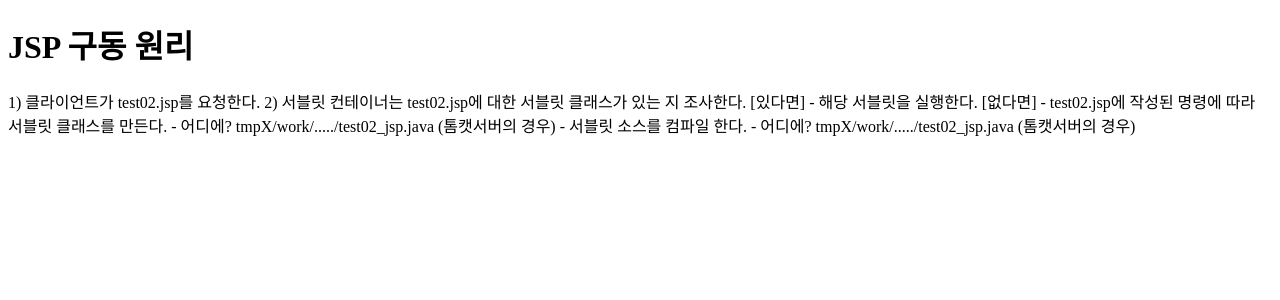
Repository: soso1525/bitcamp
Page: http://localhost/java-web/jsp_exams/ex1/test02.jsp
These files come from the project's save history. The page is drawn as it stood at one moment and after the next save; the edit follows.
The browser window is 1280 px wide. The pictures show the whole page.
The page is served by Tomcat 9. Nobody is signed in. The application's start-up code is not run. Other server files are loaded and not shown.

Above is the page before, as saved 2017-12-14 05:35:03.

### workspace/java-web/src/main/webapp/jsp_exams/ex1/test02.jsp
<%@ page language="java" contentType="text/html; charset=UTF-8"
    pageEncoding="UTF-8"%>
<!DOCTYPE html>
<html>
<head>
<meta charset="UTF-8">
<title>JSP 예제</title>
</head>
<body>
<h1>JSP 구동 원리</h1>
<p>
1) 클라이언트가 test02.jsp를 요청한다.
2) 서블릿 컨테이너는 test02.jsp에 대한 서블릿 클래스가 있는 지 조사한다.
   [있다면]
     - 해당 서블릿을 실행한다.
   [없다면]
     - test02.jsp에 작성된 명령에 따라 서블릿 클래스를 만든다.
     - 어디에? tmpX/work/...../test02_jsp.java (톰캣서버의 경우)
     - 서블릿  소스를 컴파일 한다.
     - 어디에? tmpX/work/...../test02_jsp.java (톰캣서버의 경우)
</p>
</body>
</html>

After the next save:
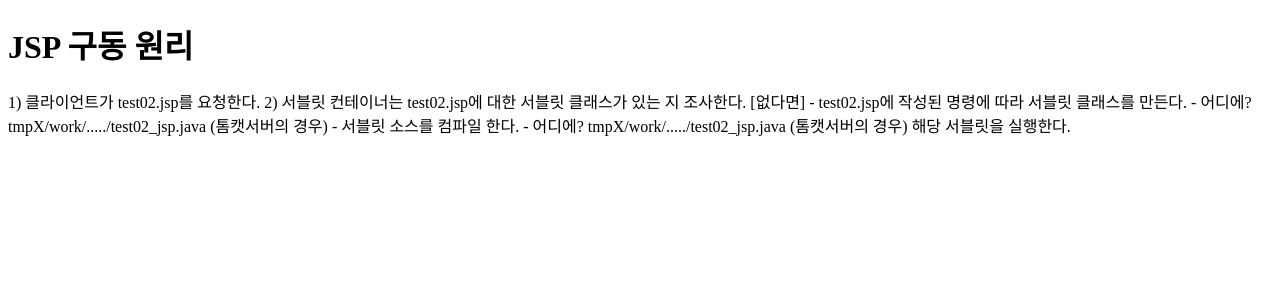
Saved 113 s later.
--- a/workspace/java-web/src/main/webapp/jsp_exams/ex1/test02.jsp
+++ b/workspace/java-web/src/main/webapp/jsp_exams/ex1/test02.jsp
@@ -11,13 +11,12 @@
 <p>
 1) 클라이언트가 test02.jsp를 요청한다.
 2) 서블릿 컨테이너는 test02.jsp에 대한 서블릿 클래스가 있는 지 조사한다.
-   [있다면]
-     - 해당 서블릿을 실행한다.
    [없다면]
      - test02.jsp에 작성된 명령에 따라 서블릿 클래스를 만든다.
-     - 어디에? tmpX/work/...../test02_jsp.java (톰캣서버의 경우)
+      - 어디에? tmpX/work/...../test02_jsp.java (톰캣서버의 경우)
      - 서블릿  소스를 컴파일 한다.
-     - 어디에? tmpX/work/...../test02_jsp.java (톰캣서버의 경우)
+      - 어디에? tmpX/work/...../test02_jsp.java (톰캣서버의 경우)
+         해당 서블릿을 실행한다.
 </p>
 </body>
 </html>
